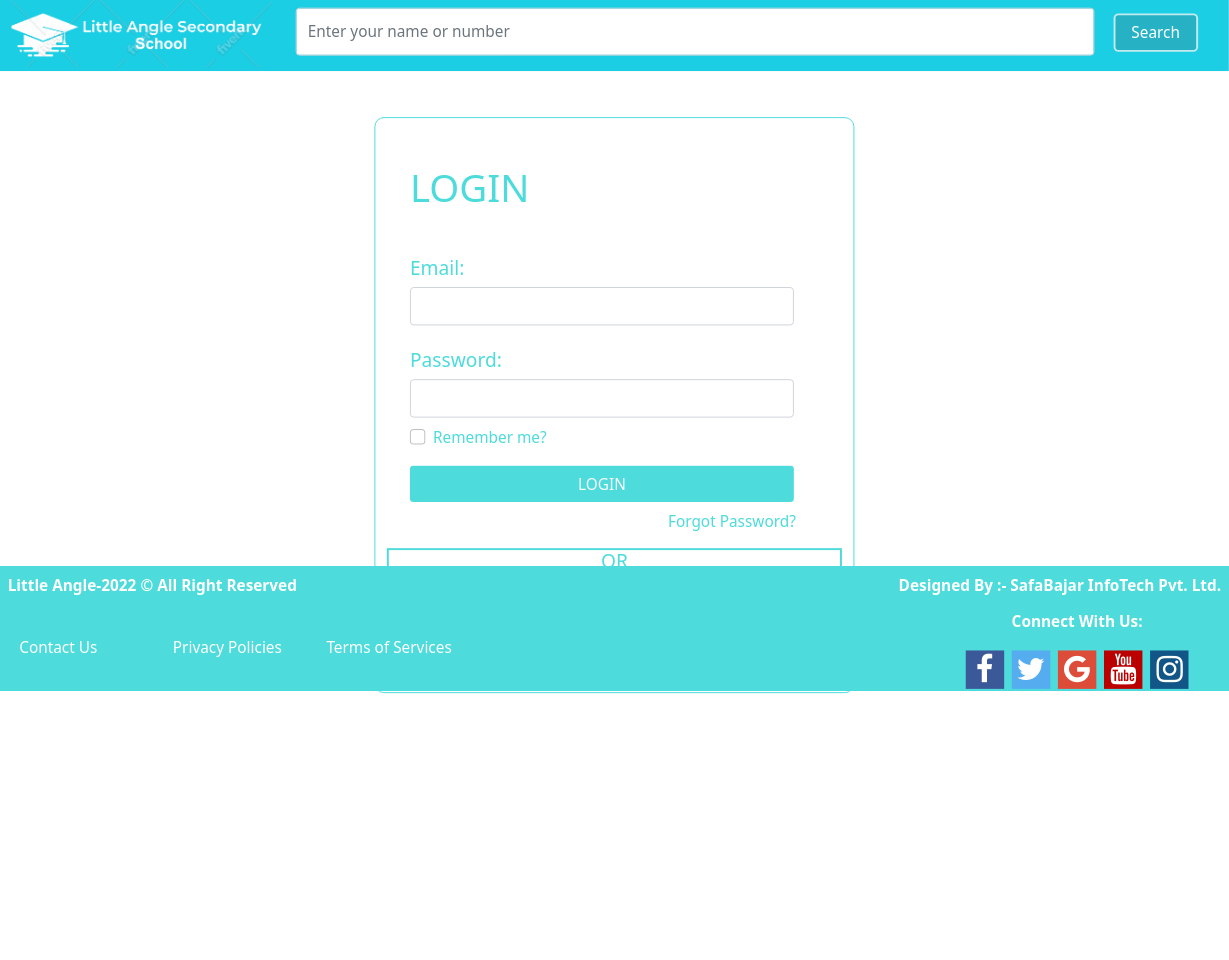
Repository: Sjuicyy/School-Project
Page: login.html
The author's editor kept a copy of each file at every save. The page is drawn from the files as they stood at one save, then again after the next save.
The browser window is 1280 px wide. The pictures show the whole page, at 96% of full size.

Above is the page before, as saved 2022-09-17 13:21:22.

### login.html
<!doctype html>
<html lang="en">

<head>
    <!-- Required meta tags -->
    <meta charset="utf-8">
    <meta name="viewport" content="width=device-width, initial-scale=1">

    <!-- Bootstrap CSS -->
    <link href="https://cdn.jsdelivr.net/npm/bootstrap@5.0.2/dist/css/bootstrap.min.css" rel="stylesheet"
        integrity="sha384-EVSTQN3/azprG1Anm3QDgpJLIm9Nao0Yz1ztcQTwFspd3yD65VohhpuuCOmLASjC" crossorigin="anonymous">

    <link rel="stylesheet" href="https://cdnjs.cloudflare.com/ajax/libs/font-awesome/4.7.0/css/font-awesome.min.css">


    <style>
        body {
            height: 1000px;
        }

        .navcol {
            background-color: rgb(28, 206, 228);
        }

        .row0 div {
            width: auto;
            display: flex;
        }

        .img {
            height: 70px;
            width: 100%;
        }

        .form-control {
            height: 50px;
        }


        .btn1 {
            background-color: rgb(38, 178, 196);
            color: white;
            height: 40px;
            width: 100px;
            margin: 20px;
            margin-top: 14px;
            border: 2px solid rgba(255, 255, 255, 0.715);
            border-radius: 5px;
        }

        .btn1:hover {
            background-color: rgba(0, 225, 255, 0);
            border: 2px solid white;
            outline: none;
        }

        .btn1:active {
            color: rgba(255, 255, 255, 0.667);
            border: 2px solid rgba(255, 255, 255, 0.533);
        }

        .footer {
            background-color: rgb(77, 219, 219);
            position: fixed;
            width: 100%;
            overflow: AUTO;
            color: rgb(255, 255, 255);
            bottom: 0;
        }

        .footer::-webkit-scrollbar {
            display: none;
        }


        .fb {

            width: 160px
        }

        .fa1 {
            font-size: xx-large;
            padding: 4px;
            margin: 2px;
            width: 40px;
            text-decoration: none;
        }

        .fa-facebook {
            background: #3B5998;
            color: white;
        }

        .fa-twitter {
            background: #55ACEE;
            color: white;
        }

        .fa-google {
            background: #dd4b39;
            color: white;
        }

        .fa-youtube {
            background: #bb0000;
            color: white;
        }

        .fa-instagram {
            background: #125688;
            color: white;
        }
        .bd{
            border: 1px solid rgb(77, 219, 219);
        }
        .formM{
            width: 400px;
            margin-left: 24px;
            height: 40px;
        }
        .btn2{
            background-color: rgb(77, 219, 219);
            width: 400px;
        }
        .color{
            color: rgb(77, 219, 219);;
        }
        .a{
            text-decoration: none;
            color: rgb(77, 219, 219);
        }
    </style>
    <title>Little Angle School</title>
</head>

<body>
    <!-- heading start -->
    <div class="container-fluid text-center">
        <div class="row row0 navcol">
            <div class="col-3">
                <img class="img" src="/school.png" alt="">
            </div>
            <div class="col">
                <input class="form-control mt-2 " type="search" placeholder="Enter your name or number "
                    aria-label="Search">
                <button class="btn1" type="submit">Search</button>
                </form>
            </div>
        </div>
    </div>
    <!-- heading end -->



    <!-- login body  -->


    <div class="container mt-5 bd" style="width: 500px;height:600px;border-radius:10px">

        <div class="row  m-4 mt-5 h1 color">LOGIN</div>
        <div class="row mx-4 mt-5 h5 color">Email:</div>
        <input class="form-control formM" type="text">

        <div class="row mx-4 mt-4 h5 color">Password:</div>
        <input class="form-control formM" type="password">

        <div class="form-check mx-4 mt-2">
            <input class="form-check-input a" type="checkbox" value="" id="flexCheckDefault">
            <label class="form-check-label a" for="flexCheckDefault">
                Remember me?
            </label>
          </div>
        <!-- <input class="form-check mx-4 mt-2" type="checkbox" name="" id="">
        <label for="">aaaaa</label> -->

        <button class="btn btn2 mt-3 ms-4 text-light" type="submit">LOGIN</button>
        <div class=" w-100 px-5 mt-2 text-end">
            <a class="a" href="">Forgot Password?</a>
        </div>

        <p class="bd text-center mt-3 h5 border-2 a ">OR</p>

    </div>


    <!-- // login body  -->












    <!-- footer start -->


    <div class="footer">
        <div class="row ">
            <div class="col mx-2 mt-2" style="text-align:left"> <b>Little Angle-2022 © All Right Reserved</b> </div>
            <div class="col mx-2 mt-2" style="text-align:right">
                <p> <b>Designed By :- SafaBajar InfoTech Pvt. Ltd.</b> </p>
            </div>
        </div>
        <div class="row mx-2">
            <div class="col-2  fb" style="text-align:left;margin-top:25px">Contact Us</div>
            <div class="col-2  fb" style="text-align:left;margin-top:25px">Privacy Policies</div>
            <div class="col-2  fb" style="text-align:left;margin-top:25px">Terms of Services</div>
            <div class="col  fb" style="text-align:left"></div>
            <div class="col-6 fb mt-2" style="text-align:center;width:300px">
                <p style="margin-top: -10px;"> <b>Connect With Us:</b> </p>
                <a href="https://www.facebook.com/search/top?q=safabazar%20private%20limited" class="fa fa1 fa-facebook"
                    style="text-align:center;margin-top:-10px"></a>
                <a href="#" class="fa fa1 fa-twitter"></a>
                <a href="#" class="fa fa1 fa-google"></a>
                <a href="#" class="fa fa1 fa-youtube"></a>
                <a href="#" class="fa fa1 fa-instagram"></a>
            </div>
        </div>

    </div>

    </div>

    </div>












    <!-- Optional JavaScript; choose one of the two! -->

    <!-- Option 1: Bootstrap Bundle with Popper -->
    <script src="https://cdn.jsdelivr.net/npm/bootstrap@5.0.2/dist/js/bootstrap.bundle.min.js"
        integrity="sha384-MrcW6ZMFYlzcLA8Nl+NtUVF0sA7MsXsP1UyJoMp4YLEuNSfAP+JcXn/tWtIaxVXM"
        crossorigin="anonymous"></script>

    <!-- Option 2: Separate Popper and Bootstrap JS -->
    <!--
    <script src="https://cdn.jsdelivr.net/npm/@popperjs/core@2.9.2/dist/umd/popper.min.js" integrity="sha384-IQsoLXl5PILFhosVNubq5LC7Qb9DXgDA9i+tQ8Zj3iwWAwPtgFTxbJ8NT4GN1R8p" crossorigin="anonymous"></script>
    <script src="https://cdn.jsdelivr.net/npm/bootstrap@5.0.2/dist/js/bootstrap.min.js" integrity="sha384-cVKIPhGWiC2Al4u+LWgxfKTRIcfu0JTxR+EQDz/bgldoEyl4H0zUF0QKbrJ0EcQF" crossorigin="anonymous"></script>
    -->
</body>

</html>

After the next save:
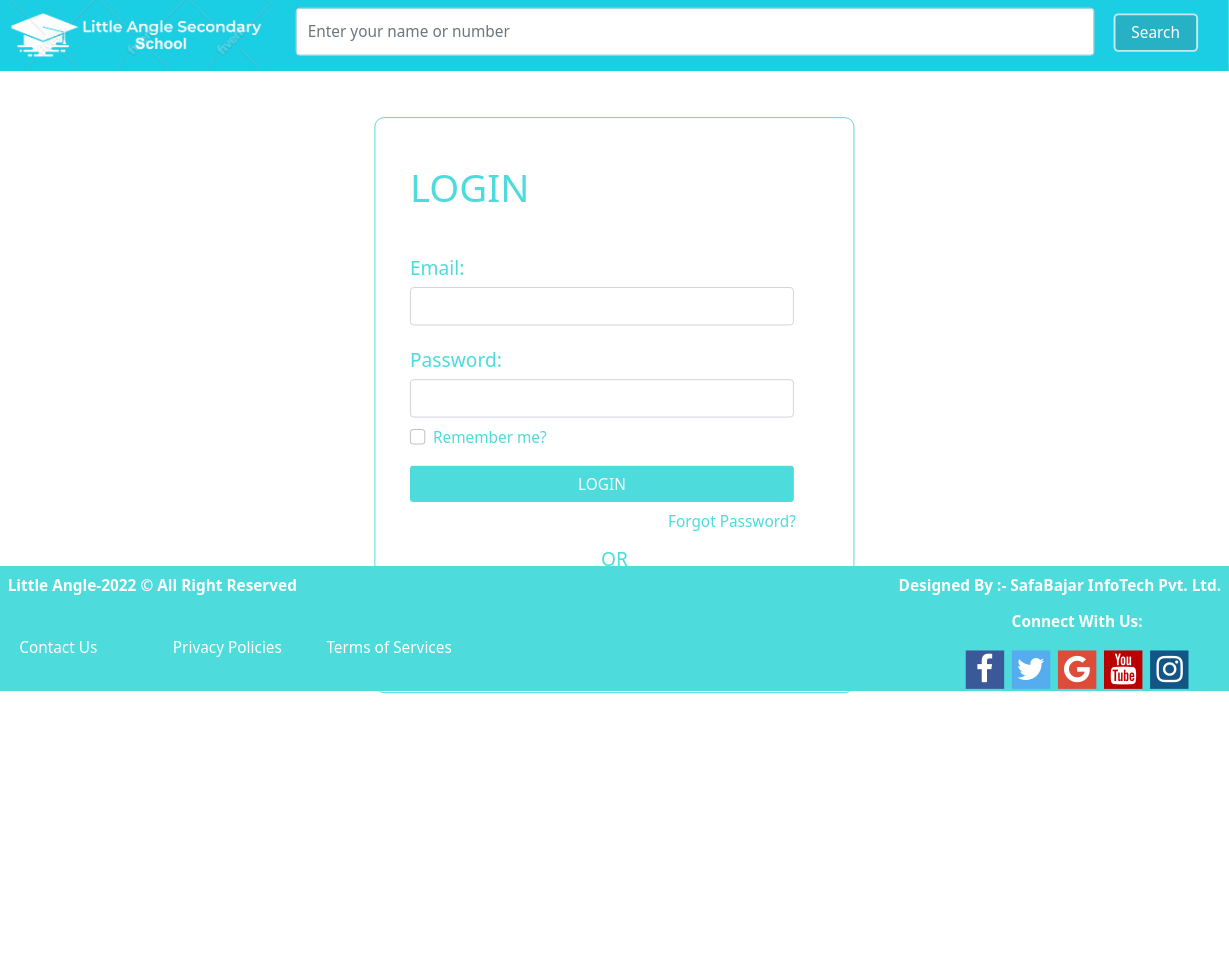
Saved 12 s later.
--- a/login.html
+++ b/login.html
@@ -178,7 +178,7 @@
             <a class="a" href="">Forgot Password?</a>
         </div>
 
-        <p class="bd text-center mt-3 h5 border-2 a ">OR</p>
+        <p class=" text-center mt-3 h5 border-2 a ">OR</p>
 
     </div>
 
